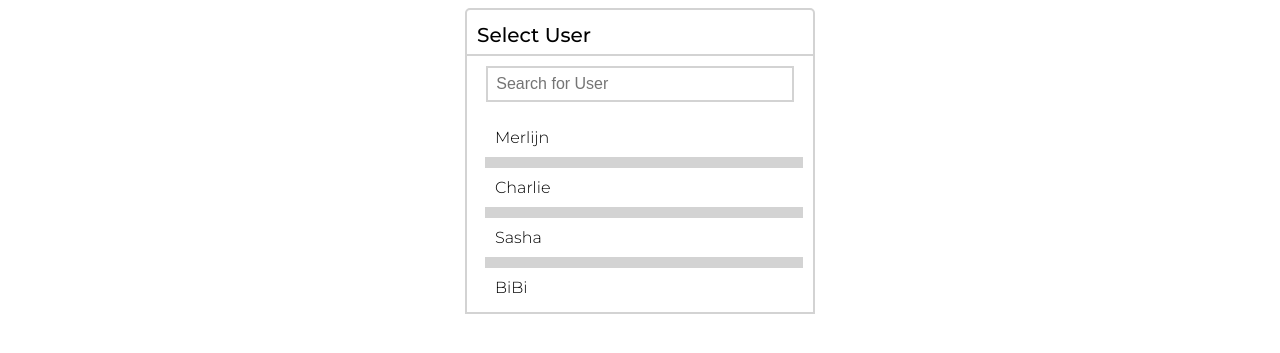
Repository: jodelajo/nuxt-filter-tutorial
Page: /
An editor plug-in stored every save of this project. The page is shown before and after the next save, followed by the edit.
The browser window is 1280 px wide. The pictures show the whole page.
The project was rebuilt for these pictures with package versions that can differ from the ones it lists, and the page was loaded fresh each time. The framework's server and built-in components were replaced by stand-ins that run in the browser. Also part of the build but not shown: nuxt.config.js, components/NuxtLogo.vue, components/Tutorial.vue.

Above is the page before, as saved 2021-12-11 12:50:54.

After the next save:
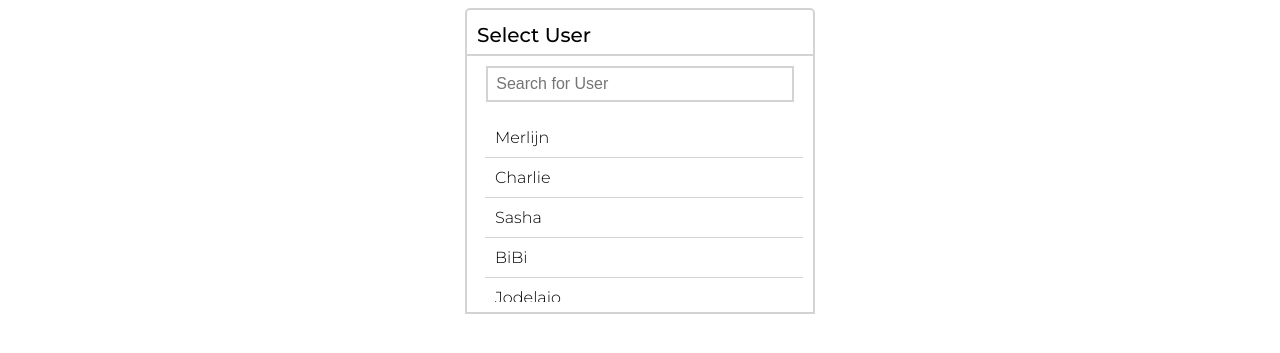
Saved 7 s later.
--- a/pages/index.vue
+++ b/pages/index.vue
@@ -106,7 +106,7 @@ input {
 }
 .options li {
   width: 100%;
-  border-bottom: 11px solid lightgray;
+  border-bottom: 1px solid lightgray;
   padding: 10px;
 
 }
